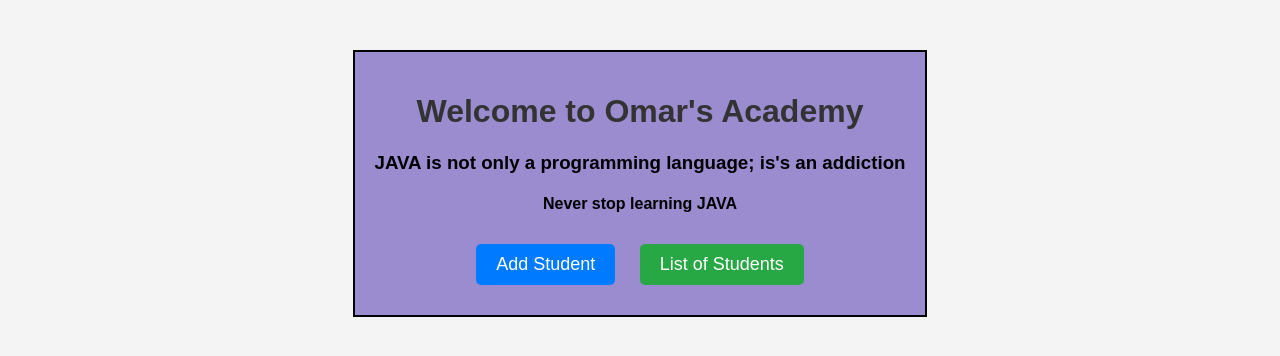
Repository: OmarFaruq97/JspServlet
Page: http://localhost/Form/
These files come from the project's save history. The page is drawn as it stood at one moment and after the next save; the edit follows.
The browser window is 1280 px wide. The pictures show the whole page.
The page is served by Tomcat 9.

Above is the page before, as saved 2025-02-07 16:34:08.

After the next save:
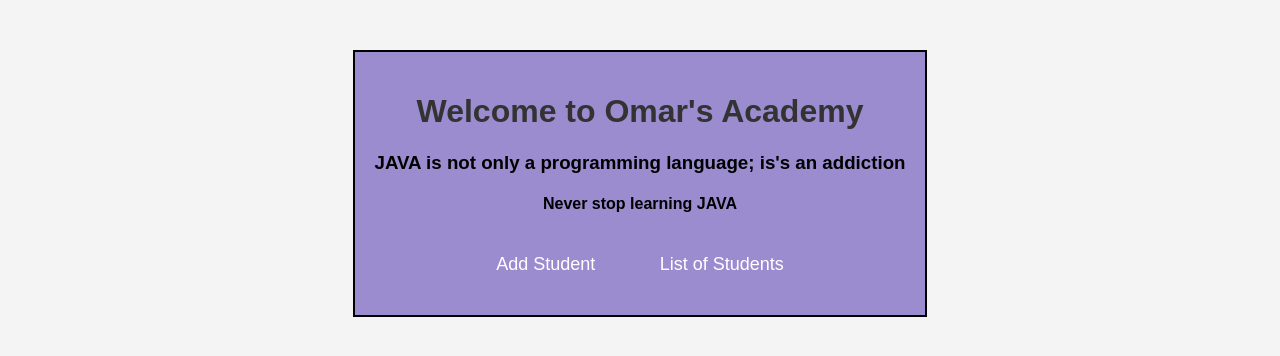
Saved 2 min 21 s later.
--- a/Form/src/main/webapp/index.jsp
+++ b/Form/src/main/webapp/index.jsp
@@ -47,10 +47,14 @@
 
 .blue-btn {
     background-color: #007BFF;
+     transition: all 0.3s ease;
+     background-color: #9a8ccf
 }
 
 .green-btn {
     background-color: #28A745;
+     transition: all 0.3s ease;
+     background-color: #9a8ccf
 }
 
 .yellow-btn {

After the save that followed:
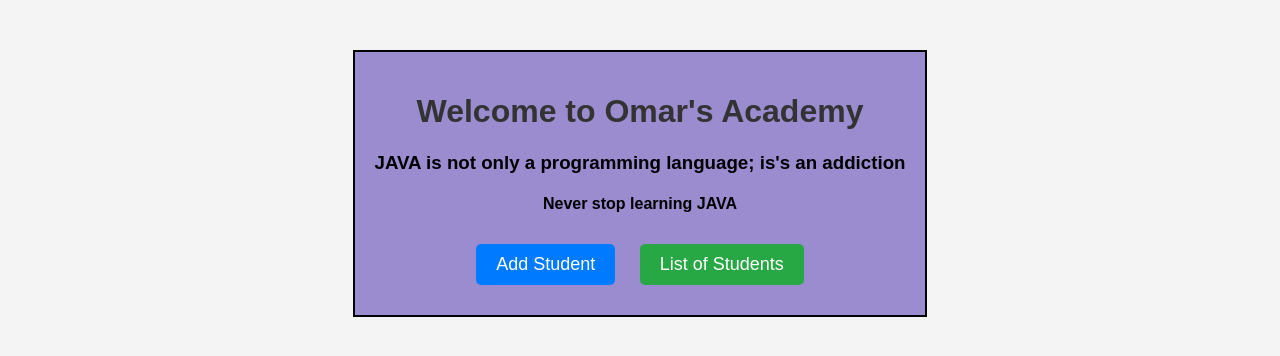
Saved 28 s later.
--- a/Form/src/main/webapp/index.jsp
+++ b/Form/src/main/webapp/index.jsp
@@ -48,13 +48,12 @@
 .blue-btn {
     background-color: #007BFF;
      transition: all 0.3s ease;
-     background-color: #9a8ccf
+
 }
 
 .green-btn {
     background-color: #28A745;
-     transition: all 0.3s ease;
-     background-color: #9a8ccf
+
 }
 
 .yellow-btn {
